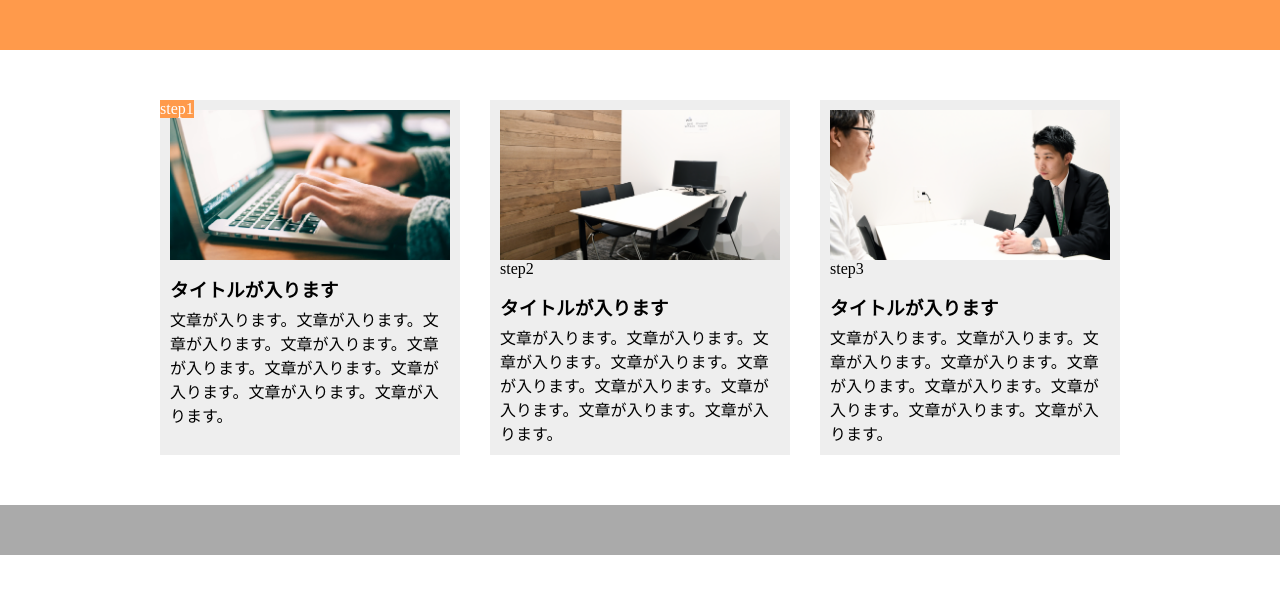
Repository: itoudaiki/git-practice
Page: k-10/k-10.html
The author's editor kept a record of every edit. The page is drawn from the files as they stood at one moment, then again after the next edit.
The browser window is 1280 px wide. The pictures show the whole page.

Above is the page before.

After the next edit:
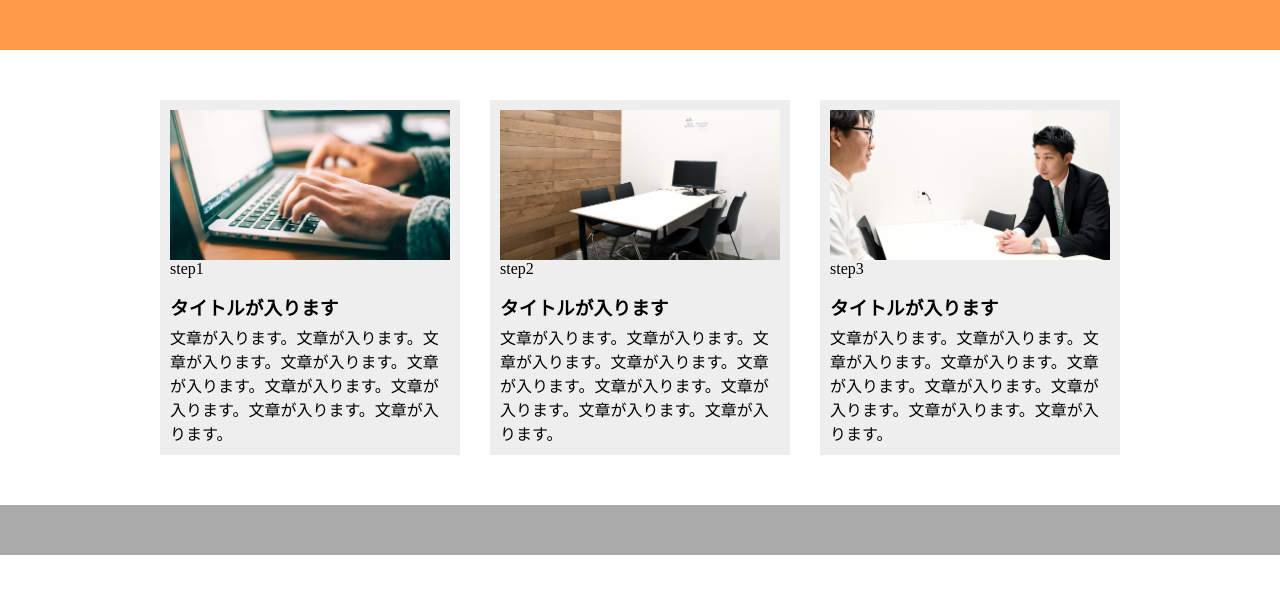
The edit:
--- a/k-10/k-10.html
+++ b/k-10/k-10.html
@@ -11,7 +11,7 @@
     <main>
       <div class="step-box">
         <div class="step-img1"></div>
-        <span class="step-num">step1</span>
+        <span class="step-item">step1</span>
         <h3 class="title">タイトルが入ります</h3>
         <p class="text">
           文章が入ります。文章が入ります。文章が入ります。文章が入ります。文章が入ります。文章が入ります。文章が入ります。文章が入ります。文章が入ります。
